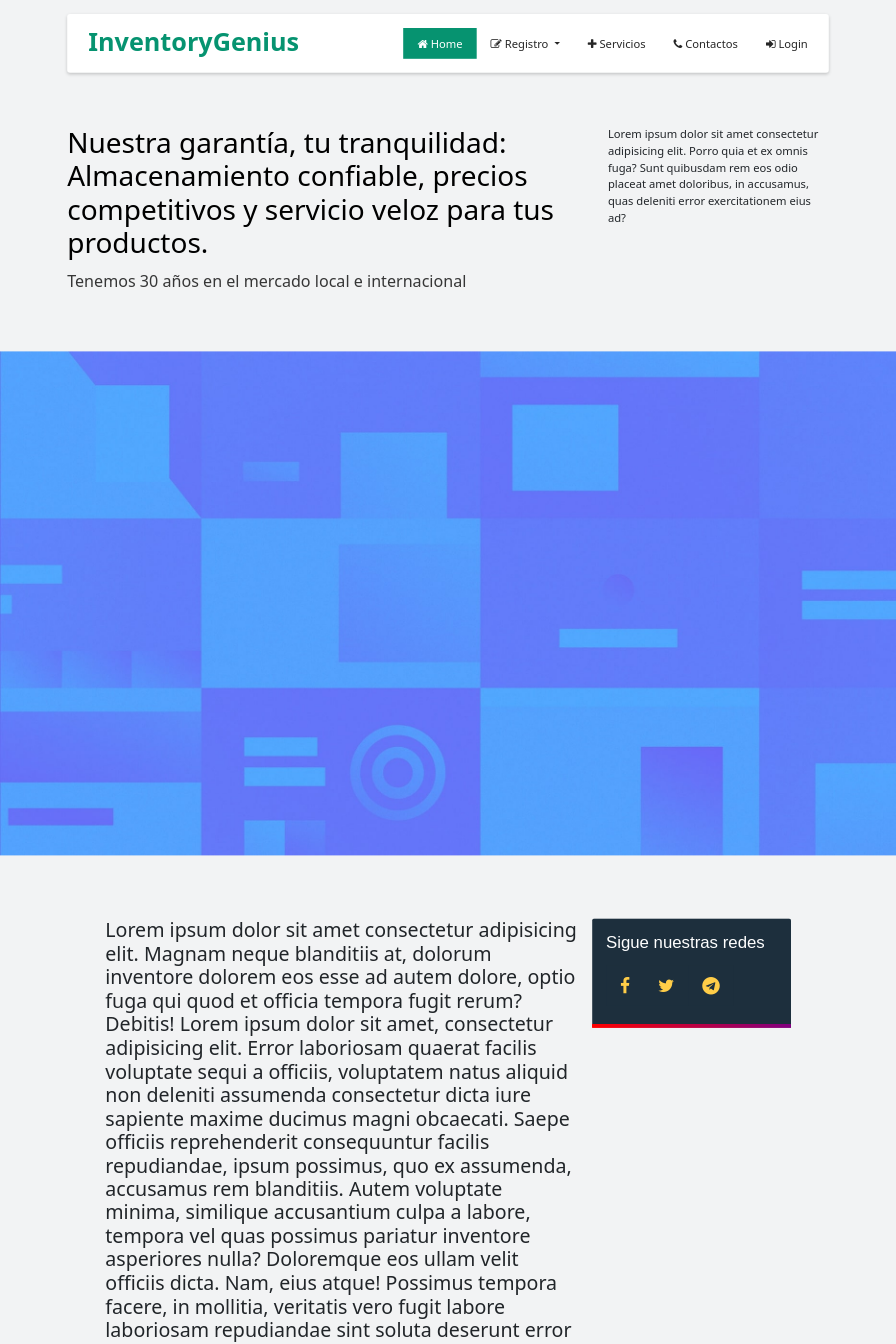
Repository: Sirius018/InventoryGenius
Page: http://localhost/Home
These files come from the project's save history. The page is drawn as it stood at one moment and after the next save; the edit follows.
The browser window is 1280 px wide. The pictures show the part of the page from y = 0 to 1920 px (the page is 4127 px tall), at 70% of full size.
The page is this project's Thymeleaf template; nobody is signed in. The template is opened directly, without the code that normally fills it, so the values that code supplies are empty.

Above is the page before, as saved 2023-06-07 00:06:56.

After the next save:
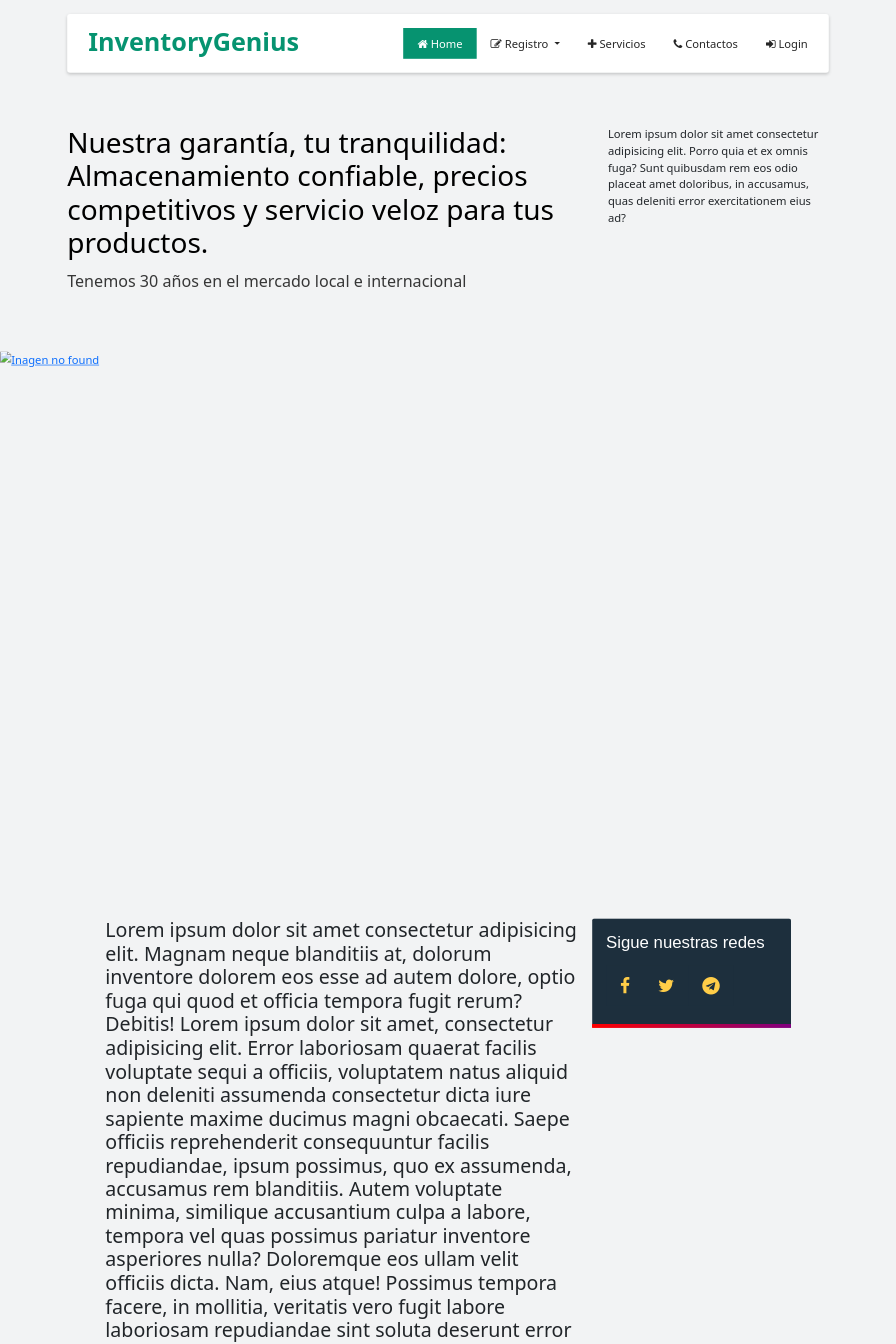
Not found: ADW/InventoryGenius/static/master_image/image_home/background.jpeg
Saved 46 s later.
--- a/ADW/InventoryGenius/src/main/resources/templates/Home.html
+++ b/ADW/InventoryGenius/src/main/resources/templates/Home.html
@@ -321,7 +321,7 @@
         </div>
         <div class="contenedor-imagen">
             <a href="#blog">
-                <img src="image_home/background.jpeg" alt="Inagen no found">
+                <img src="../static/master_image/image_home/background.jpeg" alt="Inagen no found">
             </a>
         </div>
     </div>

After the save that followed:
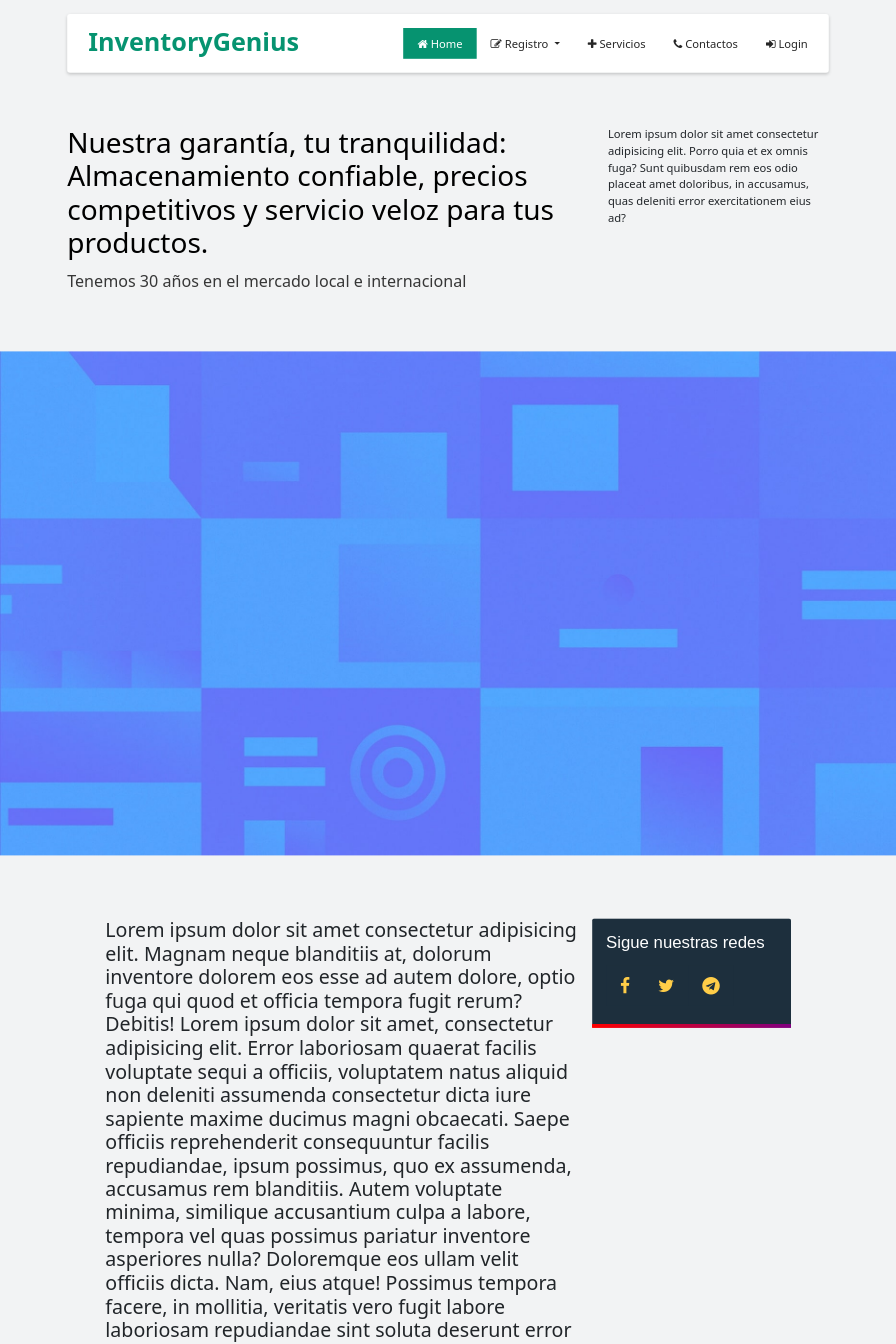
Saved 8 min 59 s later.
--- a/ADW/InventoryGenius/src/main/resources/templates/Home.html
+++ b/ADW/InventoryGenius/src/main/resources/templates/Home.html
@@ -321,7 +321,7 @@
         </div>
         <div class="contenedor-imagen">
             <a href="#blog">
-                <img src="../static/master_image/image_home/background.jpeg" alt="Inagen no found">
+                <img src="image_home/background.jpeg" alt="Inagen no found">
             </a>
         </div>
     </div>
